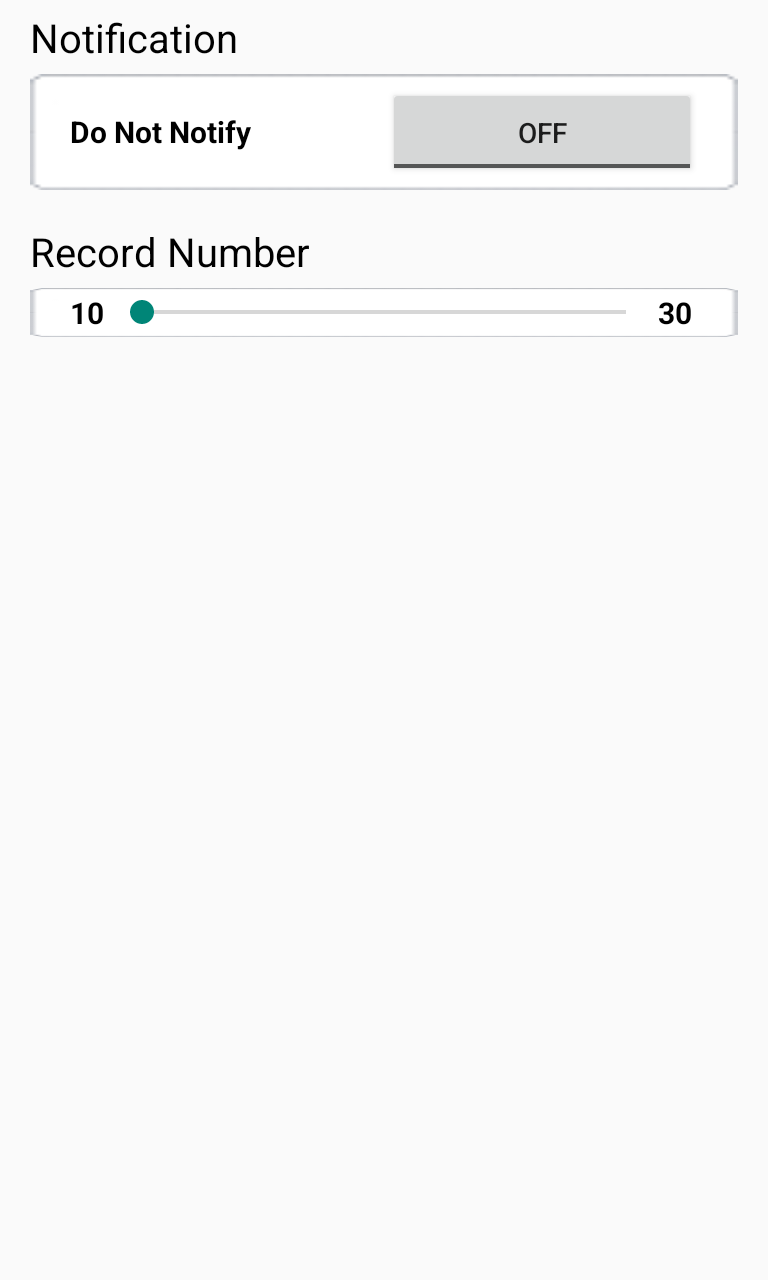
Repository: GitDidNotExitCleanly/AndroidTimer
Layout: G54MDP_Stopwatch/res/layout/fragment_settings.xml
The author's editor kept a copy of each file at every save. The layout is drawn from the files as they stood at one save, then again after the next save.
It is drawn on a 768 x 1280 px phone screen (xhdpi) without system bars, with theme AppTheme; the app's code is not run.

Above is the layout before, as saved 2015-03-09 12:13:36.

After the next save:
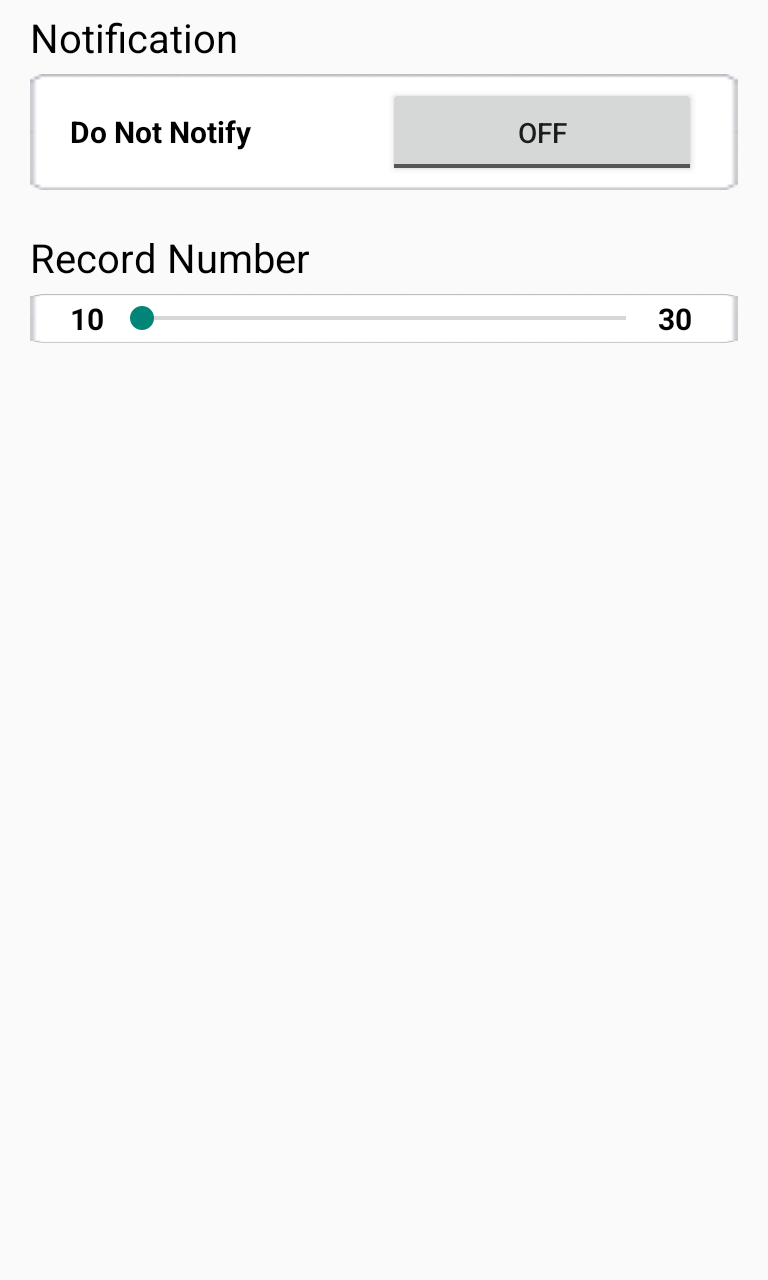
Saved 43 s later.
--- a/G54MDP_Stopwatch/res/layout/fragment_settings.xml
+++ b/G54MDP_Stopwatch/res/layout/fragment_settings.xml
@@ -57,8 +57,8 @@
         android:layout_width="match_parent"
         android:layout_height="wrap_content"
         android:orientation="vertical"
-        android:layout_marginTop="7dp"
-        android:layout_marginBottom="7dp"
+        android:layout_marginTop="10dp"
+        android:layout_marginBottom="10dp"
         android:layout_marginLeft="15dp"
         android:layout_marginRight="15dp" >
 
